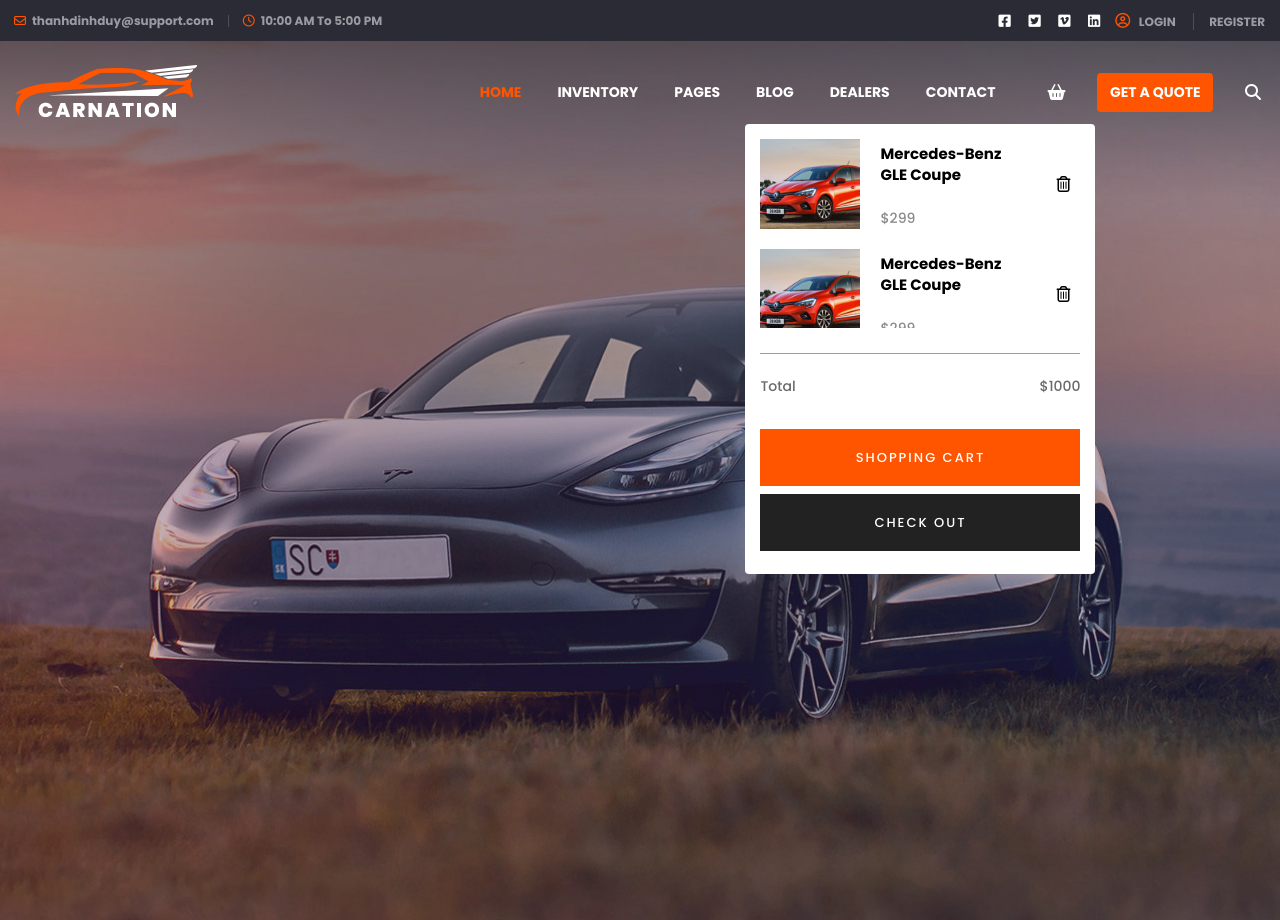
Repository: thanhdinh01/shopcar
Page: index.html
The author's editor kept a copy of each file at every save. The page is drawn from the files as they stood at one save, then again after the next save.
The browser window is 1280 px wide. The pictures show the whole page.
Some web libraries are served in a nearby version. The style sheet was rebuilt from its Sass, Less or Tailwind sources for each picture, by a compiler version that may differ from the author's.

Above is the page before, as saved 2022-08-10 21:24:54.

After the next save:
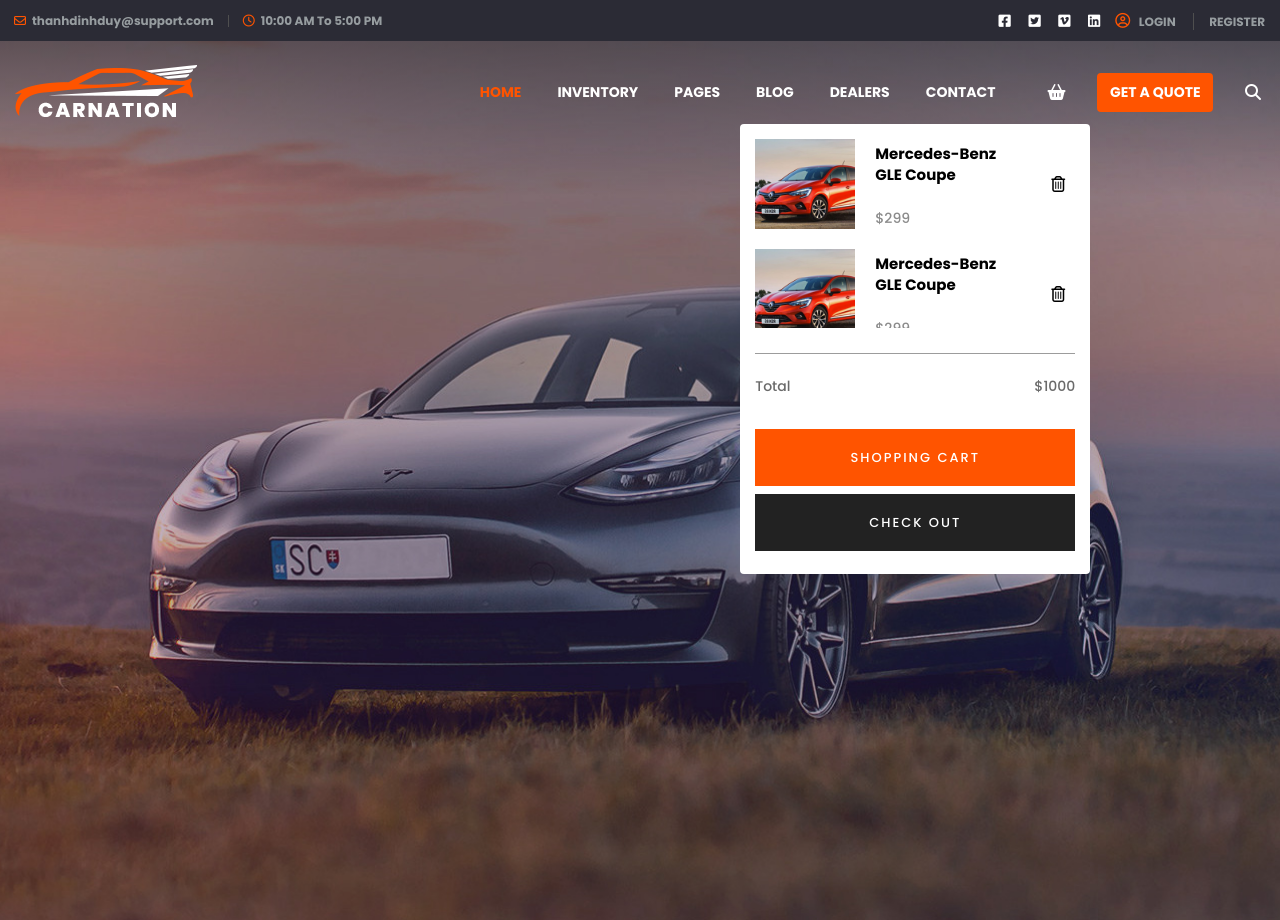
Saved 8 s later.
--- a/css/_header.scss
+++ b/css/_header.scss
@@ -146,7 +146,7 @@
         }
         .cart-wrap {
           position: absolute;
-          right: -100%;
+          right: -80%;
           top: calc(100% + 20px);
           height: 450px;
           width: 350px;
